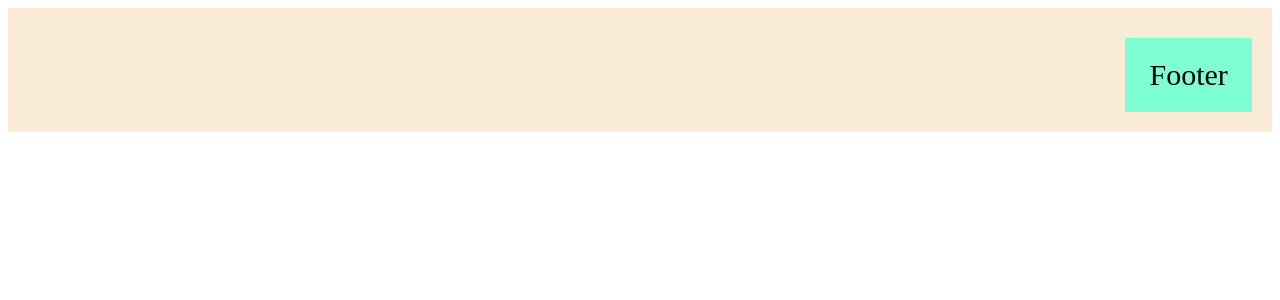
Repository: Thonghehe/Lab1_WEB106
Page: index11.html
An editor plug-in stored every save of this project. The page is shown before and after the next save, followed by the edit.
The browser window is 1280 px wide. The pictures show the whole page.

Above is the page before, as saved 2024-03-05 17:32:00.

### index11.html
<!DOCTYPE html>
<html lang="en">

<head>
    <meta charset="UTF-8">
    <meta name="viewport" content="width=device-width, initial-scale=1.0">
    <title>Document</title>
    <link rel="stylesheet" href="./style.css">
</head>

<body>
    <div class="grid-container">
        <div class="item1">Header</div>
        <div class="item2">Menu</div>
        <div class="item3">Main</div>
        <div class="item4">Right</div>
        <div class="item5">Footer</div>
    </div>
</body>

</html>

### style.css
.grid-container {
    display: grid;
    grid-template-areas:
        'header header header header header'
        'menu main main main right right'
        'menu footer footer footer footer'
    ;
    gap: 10px;
    padding: 20px;
    background-color: antiquewhite;
    /* grid-template-columns: 20px 20px 20px 20px;
    grid-template-rows: 25px 25px; */
    justify-content: space-between;
    align-content: space-around;

}

.grid-container>div {
    background-color: aquamarine;
    text-align: center;
    padding: 20px;
    font-size: 30px;
}

.item1 {
    grid-area: header;
}

.item2 {
    grid-area: menu;
}

.item3 {
    grid-area: main;
}

.item4 {
    grid-area: right;
}

.item5 {
    grid-area: footer;
}

After the next save:
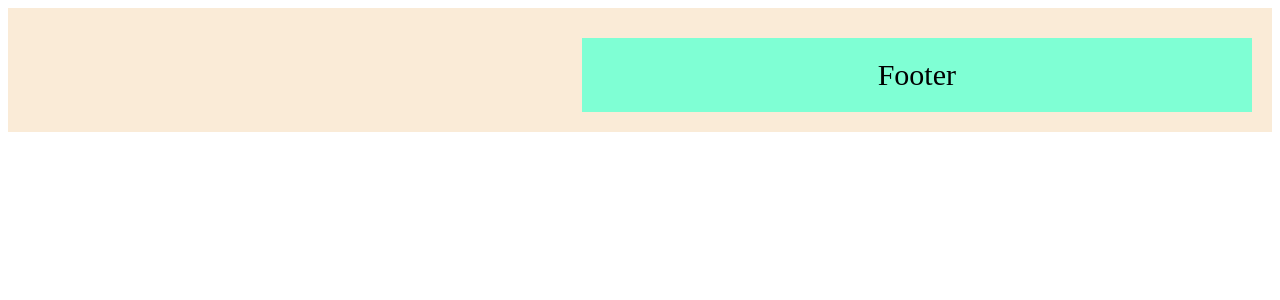
Saved 14 s later.
--- a/style.css
+++ b/style.css
@@ -10,8 +10,8 @@
     background-color: antiquewhite;
     /* grid-template-columns: 20px 20px 20px 20px;
     grid-template-rows: 25px 25px; */
-    justify-content: space-between;
-    align-content: space-around;
+    /* justify-content: space-between;
+    align-content: space-around; */
 
 }
 
